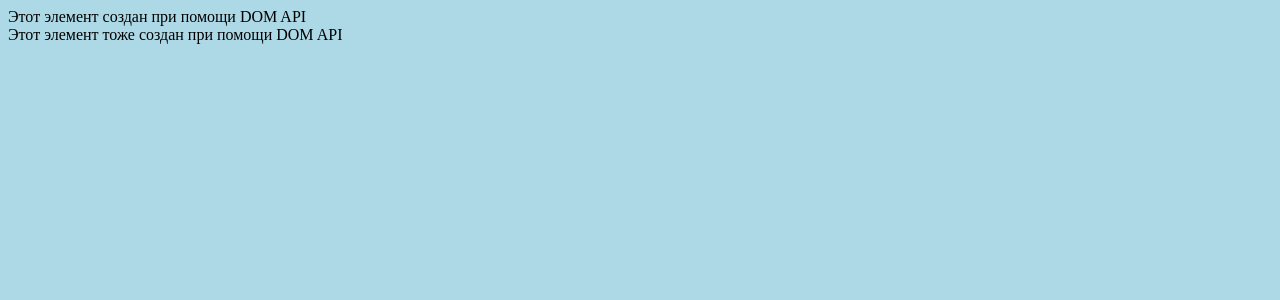
Repository: JohnnyBravo85/LoftSchool-CHOCCO
Page: task1.html
The author's editor kept a copy of each file at every save. The page is drawn from the files as they stood at one save, then again after the next save.
The browser window is 1280 px wide. The pictures show the whole page.

Above is the page before, as saved 2019-05-23 16:18:42.
Console error: TypeError: elementDiv2.style.color is not a function

### task1.html
<!DOCTYPE html>
<html lang="en">
<head>
  <meta charset="UTF-8">
  <meta name="viewport" content="width=device-width, initial-scale=1.0">
  <meta http-equiv="X-UA-Compatible" content="ie=edge">
  <title>Document</title>
</head>
<style>
  body {
    background: lightblue;
  }
</style>
<body>
  <script src="./js/task2.js"></script>
</body>
</html>

### js/task2.js
//TASK 1
const elementDiv = document.createElement('div');
document.body.appendChild(elementDiv);
elementDiv.textContent = 'Этот элемент создан при помощи DOM API';

//TASK 2
const elementDiv2 = document.createElement('div');
elementDiv2.classList.add('inner');
elementDiv2.textContent = 'Этот элемент тоже создан при помощи DOM API';
elementDiv.appendChild(elementDiv2);

//TASK 3
elementDiv2.style.color('red');

After the next save:
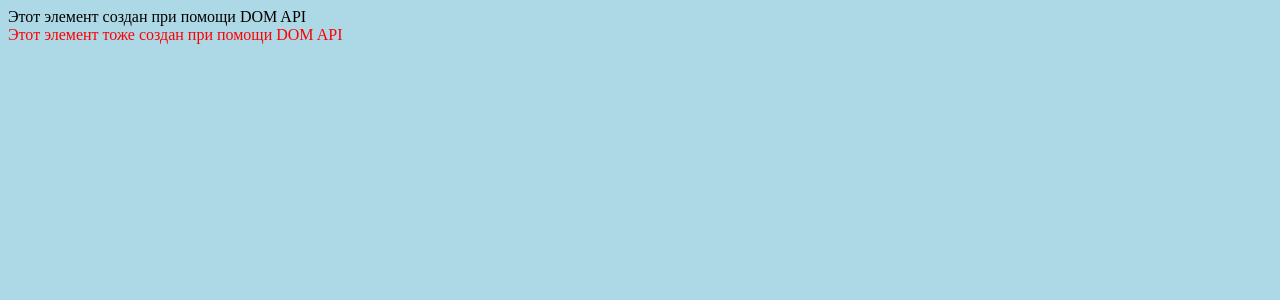
The error is gone.
Saved 31 s later.
--- a/js/task2.js
+++ b/js/task2.js
@@ -10,4 +10,4 @@ elementDiv2.textContent = 'Этот элемент тоже создан при
 elementDiv.appendChild(elementDiv2);
 
 //TASK 3
-elementDiv2.style.color('red');
+elementDiv2.style.color = 'red';
